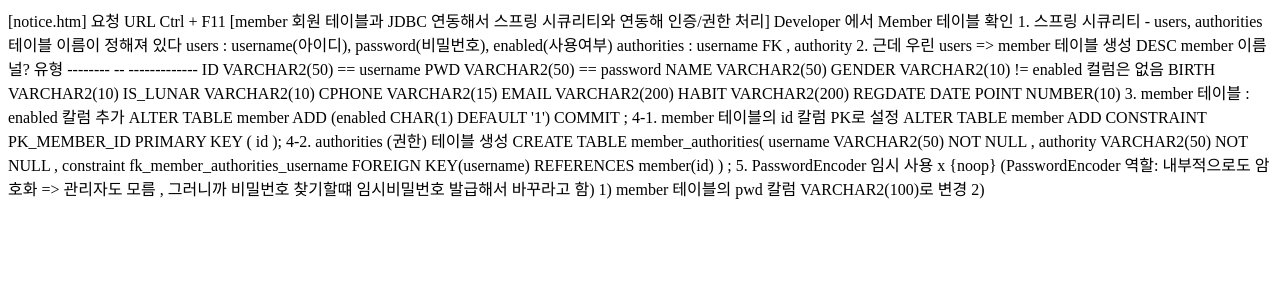
Repository: Vida0822/-
Page: SL11_SECURITY2_JDBC/src/main/webapp/customer/notice.htm
The author's editor kept a copy of each file at every save. The page is drawn from the files as they stood at one save, then again after the next save.
The browser window is 1280 px wide. The pictures show the whole page.

Above is the page before, as saved 2023-07-05 00:49:33.

### SL11_SECURITY2_JDBC/src/main/webapp/customer/notice.htm
[notice.htm] 요청 URL
Ctrl + F11

[member 회원 테이블과 JDBC 연동해서 스프링 시큐리티와 연동해 인증/권한 처리]

 Developer 에서 Member 테이블 확인

1. 스프링 시큐리티 -  users, authorities 테이블 이름이 정해져 있다

	users : username(아이디), password(비밀번호), enabled(사용여부)
	authorities : username FK , authority


2. 근데 우린 users => member 테이블 생성

DESC member

이름       널? 유형
-------- -- -------------
ID          VARCHAR2(50)  				== username
PWD         VARCHAR2(50)  				== password
NAME        VARCHAR2(50)
GENDER      VARCHAR2(10)  			!= enabled 컬럼은 없음
BIRTH       VARCHAR2(10)
IS_LUNAR    VARCHAR2(10)
CPHONE      VARCHAR2(15)
EMAIL       VARCHAR2(200)
HABIT       VARCHAR2(200)
REGDATE     DATE
POINT       NUMBER(10)

3. member 테이블 : enabled 칼럼 추가
ALTER TABLE member
ADD (enabled CHAR(1) DEFAULT '1')
COMMIT ;

4-1. member 테이블의 id 칼럼 PK로 설정

ALTER TABLE member
	ADD
		CONSTRAINT PK_MEMBER_ID
		PRIMARY KEY (
			id
		);

4-2. authorities (권한) 테이블 생성

CREATE TABLE member_authorities(
    username VARCHAR2(50) NOT NULL
    , authority VARCHAR2(50) NOT NULL
    , constraint fk_member_authorities_username
        FOREIGN KEY(username)
        REFERENCES member(id)
) ;


5. PasswordEncoder 임시 사용 x {noop}
(PasswordEncoder 역할: 내부적으로도 암호화
 => 관리자도 모름 , 그러니까 비밀번호 찾기할떄 임시비밀번호 발급해서 바꾸라고 함)

1) member 테이블의 pwd 칼럼 VARCHAR2(100)로 변경
2)

After the next save:
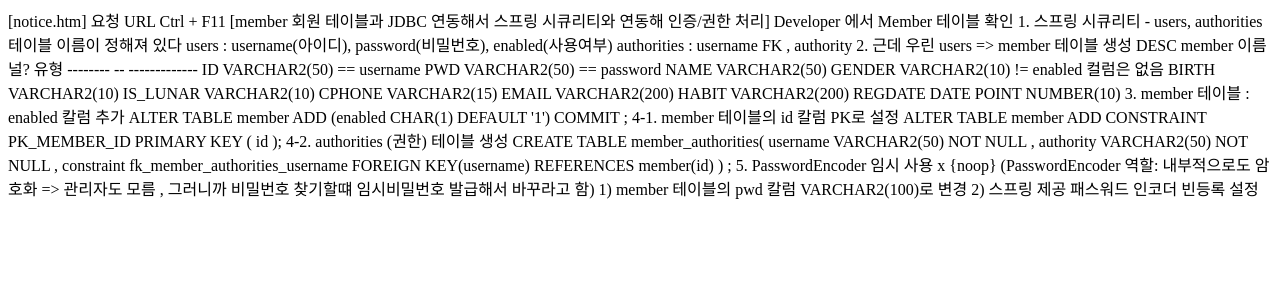
Saved 52 s later.
--- a/SL11_SECURITY2_JDBC/src/main/webapp/customer/notice.htm
+++ b/SL11_SECURITY2_JDBC/src/main/webapp/customer/notice.htm
@@ -59,4 +59,5 @@ CREATE TABLE member_authorities(
  => 관리자도 모름 , 그러니까 비밀번호 찾기할떄 임시비밀번호 발급해서 바꾸라고 함)
 
 1) member 테이블의 pwd 칼럼 VARCHAR2(100)로 변경
-2)
+2) 스프링 제공 패스워드 인코더 빈등록 설정
+<bean id="bCryptPasswordEncoder" class="org.springframework.security.crypto.bcrypt.BCryptPasswordEncoder"></bean>
